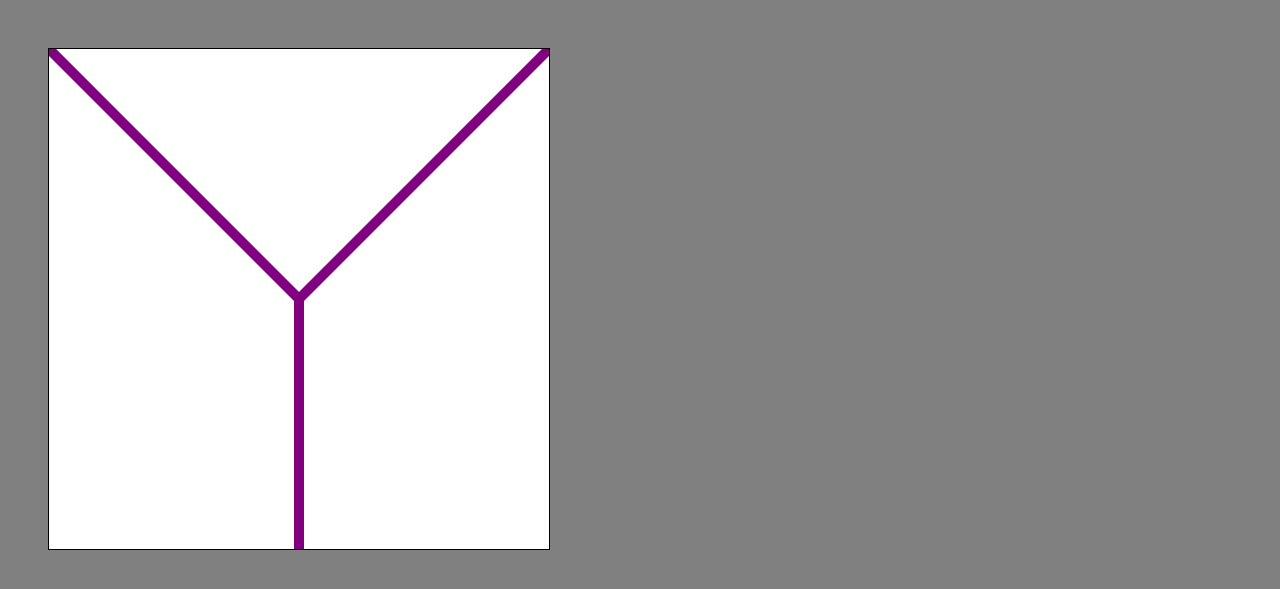
Repository: albinsabu2023/Stopwatch-program
Page: index.html
An editor plug-in stored every save of this project. The page is shown before and after the next save, followed by the edit.
The browser window is 1280 px wide. The pictures show the whole page.

Above is the page before, as saved 2023-03-03 22:04:48.

After the next save:
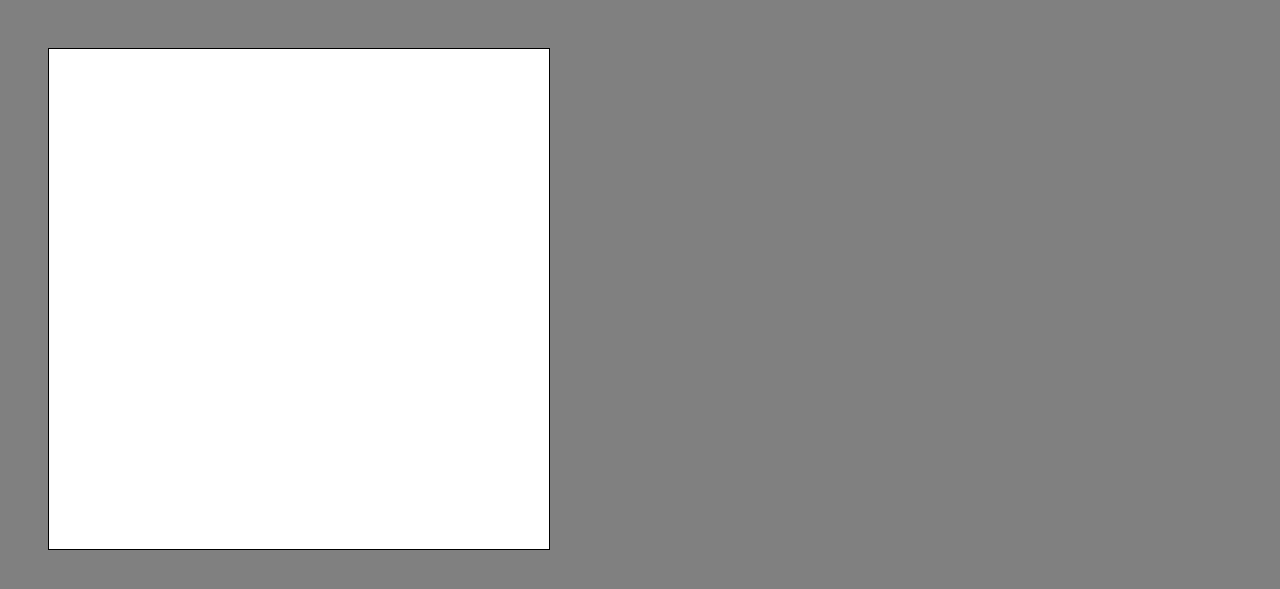
Saved 102 s later.
--- a/index.js
+++ b/index.js
@@ -1,14 +1,17 @@
 //canvas api
+
+// let can = document.getElementById("canvas");
+// let context = can.getContext("2d");
+// context.lineWidth = 10;
+// context.strokeStyle = "purple";
+// context.beginPath();
+// context.moveTo(0, 0);
+// context.lineTo(250, 250);
+// context.lineTo(500, 0);
+// context.moveTo(250, 250);
+// context.lineTo(250, 500);
+
+// context.stroke();
 
 let can = document.getElementById("canvas");
 let context = can.getContext("2d");
-context.lineWidth = 10;
-context.strokeStyle = "purple";
-context.beginPath();
-context.moveTo(0, 0);
-context.lineTo(250, 250);
-context.lineTo(500, 0);
-context.moveTo(250, 250);
-context.lineTo(250, 500);
-
-context.stroke();
